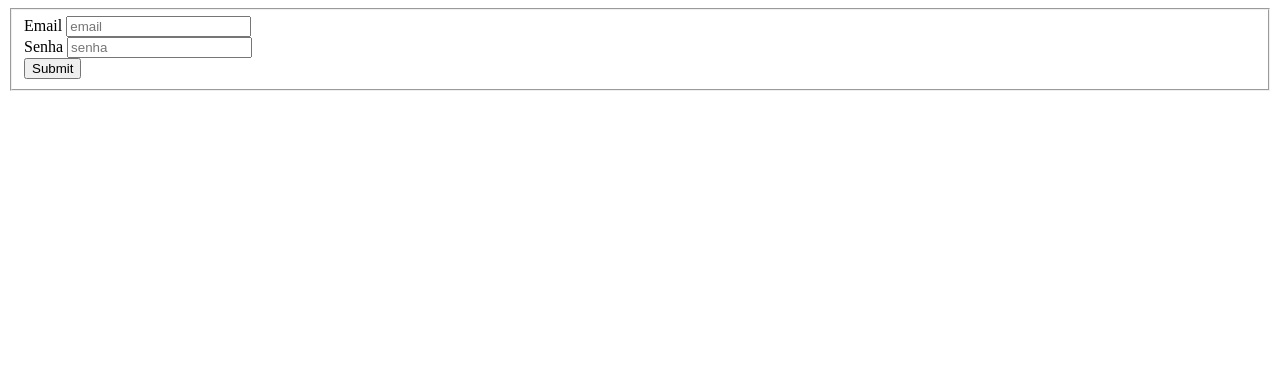
Repository: moises2112/Projetos
Page: http://localhost/Dog/LoginController.do?action=logar
These files come from the project's save history. The page is drawn as it stood at one moment and after the next save; the edit follows.
The browser window is 1280 px wide. The pictures show the whole page.
The page is served by Tomcat 9.

Above is the page before, as saved 2017-06-08 23:35:02.

After the next save:
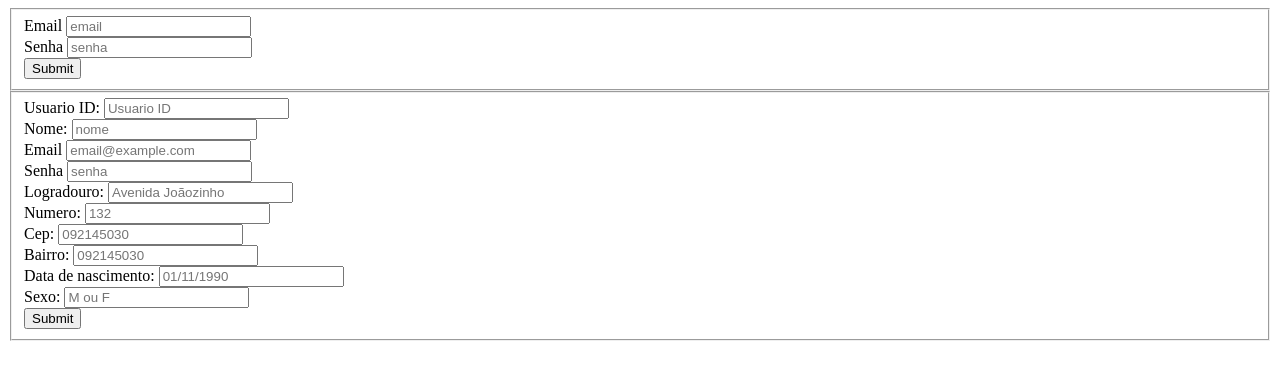
Saved 18 min 53 s later.
--- a/Dog/WebContent/login.jsp
+++ b/Dog/WebContent/login.jsp
@@ -1,5 +1,6 @@
-	<%@ page language="java" contentType="text/html; charset=ISO-8859-1"
-    pageEncoding="ISO-8859-1"%>
+
+<%@ page language="java" contentType="text/html; charset=ISO-8859-1"
+	pageEncoding="ISO-8859-1"%>
 <%@ taglib uri="http://java.sun.com/jsp/jstl/core" prefix="c"%>
 <!DOCTYPE HTML>
 <html>
@@ -9,22 +10,76 @@
 <title>Bem vindo ao Tindog</title>
 </head>
 <body>
-    <form action="LoginController.do" method="post">
-        <fieldset>
-            <div>
-                <label for="email">Email</label> <input type="text"
-                    name="email" placeholder="email" />
-            </div>
-            <div>
-                <label for="senha">Senha</label> <input type="password" name="senha"
-                    placeholder="senha" />
-            </div>
-            <div>
-                <input type="submit" value="Submit" />
-            </div>
-        </fieldset>
-    </form>
-    <label><c:out value="${erroAoLogar}" /></label>
+	<form action="LoginController.do" method="post">
+		<fieldset>
+			<div>
+				<label for="email">Email</label> <input type="text" name="email"
+					placeholder="email" />
+			</div>
+			<div>
+				<label for="senha">Senha</label> <input type="password" name="senha"
+					placeholder="senha" />
+			</div>
+			<div>
+				<input type="submit" value="Submit" />
+			</div>
+		</fieldset>
+	</form>
+
+	<form action="UsuarioController.do" method="post">
+		<fieldset>
+			<div>
+				<label for="usuarioId">Usuario ID:</label> <input type="text"
+					name="usuarioId" value="<c:out value="${usuario.idUsuario}" />"
+					readonly="readonly" placeholder="Usuario ID" />
+			</div>
+			<div>
+				<label for="nome">Nome:</label> <input type="text" name="nome"
+					value="<c:out value="${usuario.nome}" />" placeholder="nome" />
+			</div>
+			<div>
+				<label for="email">Email</label> <input type="text" name="email"
+					value="<c:out value="${usuario.email}" />"
+					placeholder="email@example.com" />
+			</div>
+			<div>
+				<label for="senha">Senha</label> <input type="password" name="senha"
+					value="<c:out value="${usuario.senha}" />" placeholder="senha" />
+			</div>
+			<div>
+				<label for="logradouro">Logradouro:</label> <input type="text"
+					name="logradouro" value="<c:out value="${usuario.logradouro}" />"
+					placeholder="Avenida Joãozinho" />
+			</div>
+			<div>
+				<label for="numero">Numero:</label> <input type="text" name="numero"
+					value="<c:out value="${usuario.numero}" />" placeholder="132" />
+			</div>
+			<div>
+				<label for="cep">Cep:</label> <input type="text" name="cep"
+					value="<c:out value="${usuario.cep}" />" placeholder="092145030" />
+			</div>
+			<div>
+				<label for="bairro">Bairro:</label> <input type="text" name="bairro"
+					value="<c:out value="${usuario.bairro}" />" placeholder="092145030" />
+			</div>
+			<div>
+				<label for="dataNascimento">Data de nascimento:</label> <input
+					type="text" name="dataNascimento"
+					value="<c:out value="${usuario.dataNascimento}" />"
+					placeholder="01/11/1990" />
+			</div>
+			<div>
+				<label for="sexo">Sexo:</label> <input type="text" name="sexo"
+					value="<c:out value="${usuario.sexo}" />" placeholder="M ou F" />
+			</div>
+
+			<div>
+				<input type="submit" value="Submit" />
+			</div>
+		</fieldset>
+	</form>
+	<label><c:out value="${erroAoLogar}" /></label>
 
 </body>
 </html>
